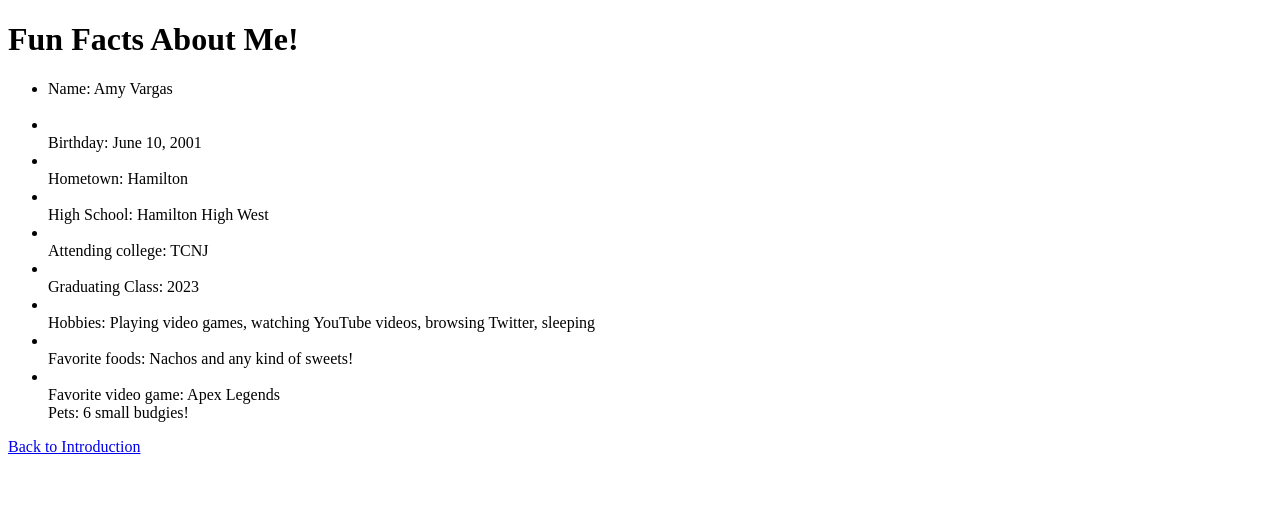
Repository: A-Vargas-GP/imm_my_website
Page: personal_site/personal/personal_facts.html
The author's editor kept a record of every edit. The page is drawn from the files as they stood at one moment, then again after the next edit.
The browser window is 1280 px wide. The pictures show the whole page.

Above is the page before.

After the next edit:
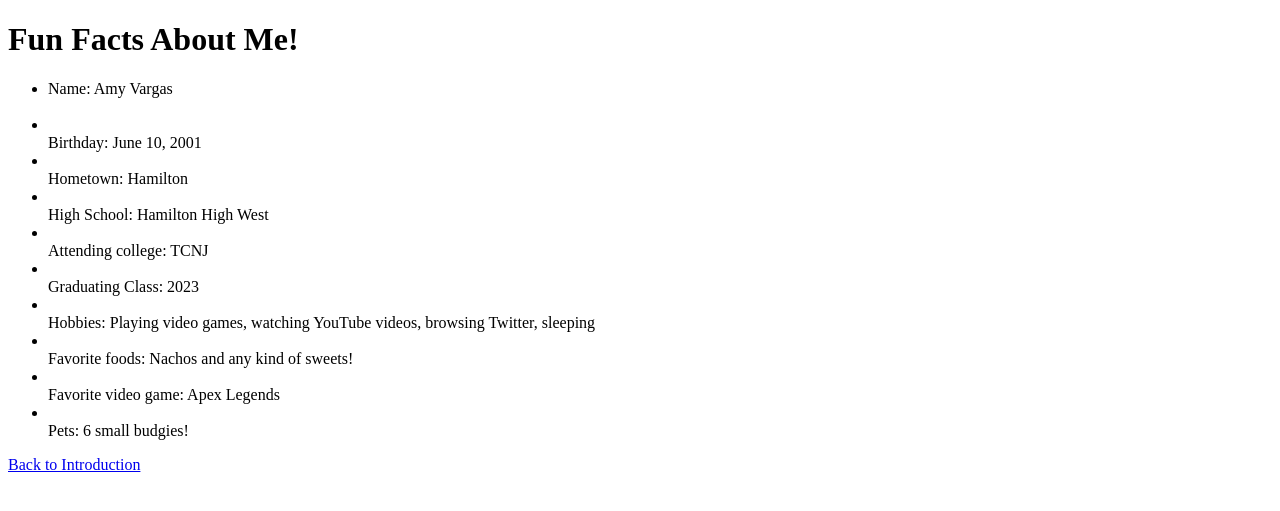
The edit:
--- a/personal_site/personal/personal_facts.html
+++ b/personal_site/personal/personal_facts.html
@@ -26,7 +26,7 @@
                 </br>
                 <li></li>Favorite video game: Apex Legends
                 </br>
-                Pets: 6 small budgies!
+                <li> </li>Pets: 6 small budgies!
             </ul>
 
         <a href = "../introduction.html"> Back to Introduction </a>
